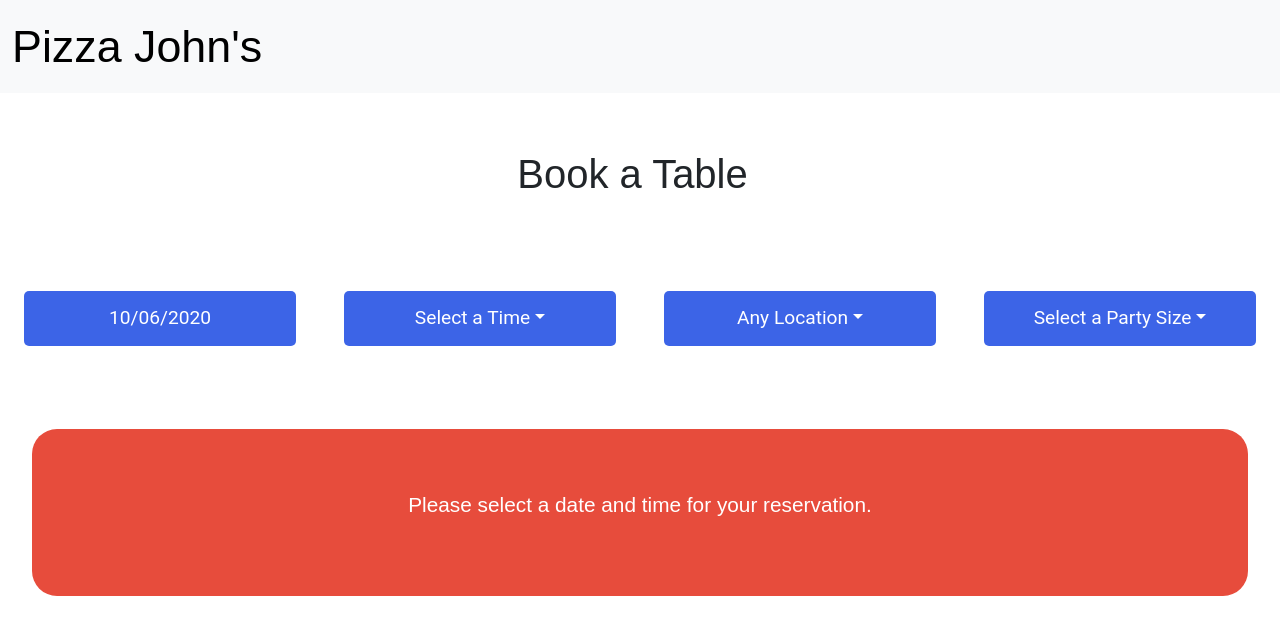
Repository: xersos/TemplateReservation
Page: / (app in client/), after clicking the first element matching `button.book-table-btn`
An editor plug-in stored every save of this project. The page is shown before and after the next save, followed by the edit.
The browser window is 1280 px wide. The pictures show the whole page.
The project was rebuilt for these pictures with package versions that can differ from the ones it lists, and the page was loaded fresh each time. Also part of the build but not shown: client/src/components/table.js, client/src/components/thankYou.js.

Above is the page before, as saved 2020-10-07 00:12:37.

### client/src/index.js
import React from "react";
import ReactDOM from "react-dom";
import "bootstrap/dist/css/bootstrap.min.css";
import "./style/index.css";
import App from "./App";
import * as serviceWorker from "./serviceWorker";

ReactDOM.render(<App />, document.getElementById("root"));

// If you want your app to work offline and load faster, you can change
// unregister() to register() below. Note this comes with some pitfalls.
// Learn more about service workers: https://bit.ly/CRA-PWA
serviceWorker.unregister();

### client/src/style/index.css
body {
  font-family: ABeeZee, sans-serif;
}

.nav-brand {
  cursor: pointer;
  font-size: 1.5rem;
}

@media (min-width: 768px) {
  .nav-brand {
    font-size: 1.8rem;
  }
}

@media (min-width: 992px) {
  .nav-brand {
    font-size: 2.8rem;
  }
}

.pizza-slice {
  font-size: 1.2rem;
  padding-left: 1.25%;
  color: #3c64e7;
}

.pizza-cta {
  padding-top: 4%;
}

.looking-for-pizza {
  font-size: 2.5rem;
  padding-bottom: 1.8%;
  padding-right: 3%;
  padding-left: 3%;
}

.book-table-btn {
  color: white;
  font-size: 1.2rem;
  padding: 2% 8%;
  border-radius: 25px;
  background-color: #3c64e7;
  border: 2px white solid;
  font-family: ABeeZee, sans-serif;
}

.book-table-btn:hover {
  color: #3c64e7;
  background-color: white !important;
  border: 2px solid black !important;
}

@media (min-width: 768px) {
  .book-table-btn {
    font-size: 1.4rem;
    padding: 0.5% 5%;
  }
}

.big-img-container {
  padding: 10% 0;
}

@media (min-width: 768px) {
  .big-img-container {
    padding: 4% 0;
  }
}

.big-img {
  width: 96%;
  border-radius: 25px;
  border-bottom-left-radius: 25px;
}

.selected-table {
  font-size: 1.25rem;
  padding-bottom: 2%;
}

input[type=date]::-webkit-inner-spin-button {
  -webkit-appearance: none;
  display: none;
}

input[type=date]::-webkit-calendar-picker-indicator {
  -webkit-appearance: none;
  display: none;
}

.booking-dropdown {
  width: 85%;
  padding: 4% 0;
  background-color: #3c64e7;
  color: white;
  margin: 2% 0;
  font-family: "Roboto";
  font-size: 1.1rem;
  border: none;
  border-radius: 5px;
  text-align: center;
}

.booking-dropdown:hover {
  background-color: #3c64e7;
  color: white;
}

.booking-dropdown:focus {
  outline: none;
  -webkit-box-shadow: none;
          box-shadow: none;
}

.booking-dropdown-menu {
  outline: none;
}

.booking-dropdown-item:hover {
  background-color: white;
}

.booking-dropdown-item:active {
  background-color: white;
  color: black;
}

@media (min-width: 768px) {
  .booking-dropdown {
    font-size: 1.2rem;
  }
}

.table-display-message {
  padding: 2% 0;
  text-align: center;
  font-size: 1.3rem;
  color: white;
}

.tables-display {
  background-color: #e74c3c;
  margin: 10% 2%;
  padding: 3% 5%;
  border-radius: 25px;
}

@media (min-width: 768px) {
  .tables-display {
    margin: 6% 2.5%;
  }
}

.table-key {
  padding-top: 1%;
  padding-bottom: 4.5%;
  color: white;
}

.available-tables {
  color: white;
  font-size: 1.2rem;
  font-family: Roboto, sans-serif;
}

.table-container {
  margin: 0 1%;
}

.table {
  background-color: rgba(245, 246, 250, 0.4);
  padding: 15px;
  border-radius: 25px;
  min-width: 80px;
}

.table-row {
  margin-bottom: 8px;
}

.selectable-table:hover {
  cursor: pointer;
}

.selectable-table:hover-row {
  padding: 5px;
}

.full-table {
  background-color: white;
  border: solid 2px white;
  border-radius: 50%;
  padding: 1px 10px;
  margin: 3px;
}

.empty-table {
  background-color: #e74c3c;
  border: solid 2px white;
  border-radius: 50%;
  padding: 1px 10px;
  margin: 3px;
}

.table-name {
  color: white;
  font-size: 0.8rem;
  padding-top: 15px;
  font-family: Roboto, sans-serif;
}

.reservation-details-container {
  padding: 0 4%;
  padding-bottom: 5%;
}

.reservation-details {
  margin: 0 2%;
  margin-bottom: 5%;
}

@media (min-width: 768px) {
  .reservation-details {
    margin-bottom: 0;
  }
}

.reservation-input:focus {
  border-color: black;
  -webkit-box-shadow: 0 0;
          box-shadow: 0 0;
}

.reservation-error {
  color: #c0392b;
  font-size: 1.1rem;
  padding-bottom: 3%;
}

.thanks-header {
  padding: 5% 0;
  padding-top: 10%;
  font-size: 2.5rem;
}

.thanks-subtext {
  font-size: 1.2rem;
  padding: 2%;
}

.thank-you-pizza {
  font-size: 4rem;
  color: #e74c3c;
  padding-bottom: 8%;
}

@media (min-width: 768px) {
  .thanks-header {
    font-size: 5.5rem;
  }
  .thanks-subtext {
    font-size: 2.2rem;
  }
  .thank-you-pizza {
    font-size: 7rem;
    padding-bottom: 4%;
  }
}
/*# sourceMappingURL=index.css.map */

### client/src/App.js
import React, { useState } from "react";

import Main from "./components/main";
import Book from "./components/book";
import ThankYou from "./components/thankYou";
import Navbar from "./components/navbar";

export default _ => {
  const [page, setPage] = useState(0);

  return (
    <div>
      <Navbar setPage={setPage} />
      {page === 0 ? <Main setPage={setPage} /> : null}
      {page === 1 ? <Book setPage={setPage} /> : null}
      {page === 2 ? <ThankYou /> : null}
    </div>
  );
};

### client/src/components/main.js
import React from "react";
import { Row, Col, Button } from "reactstrap";

export default props => {
  return (
    <div>
      <Row noGutters className="text-center align-items-center pizza-cta">
        <Col>
          <p className="looking-for-pizza">
            If you're looking for great pizza
            <i className="fas fa-pizza-slice pizza-slice"></i>
          </p>
          <Button
            color="none"
            className="book-table-btn"
            onClick={_ => {
              props.setPage(1);
            }}
          >
            Book a Table
          </Button>
        </Col>
      </Row>
      <Row noGutters className="text-center big-img-container">
        <Col>
          <img
            src={require("../images/pizza.jpg")}
            alt="cafe"
            className="big-img"
          />
        </Col>
      </Row>
    </div>
  );
};

### client/src/components/book.js
import React, { useState, useEffect } from "react";
import {
  Row,
  Col,
  UncontrolledDropdown,
  DropdownToggle,
  DropdownMenu,
  DropdownItem,
  Input,
  Button
} from "reactstrap";

import Table from "./table";

export default props => {
  const [totalTables, setTotalTables] = useState([]);

  // User's selections
  const [selection, setSelection] = useState({
    table: {
      name: null,
      id: null
    },
    date: new Date(),
    time: null,
    location: "Any Location",
    size: 0
  });

  // User's booking details
  const [booking, setBooking] = useState({
    name: "",
    phone: "",
    email: ""
  });

  // List of potential locations
  const [locations] = useState(["Any Location", "Patio", "Inside", "Bar"]);
  const [times] = useState([
    "9AM",
    "10AM",
    "11AM",
    "12PM",
    "1PM",
    "2PM",
    "3PM",
    "4PM",
    "5PM"
  ]);
  // Basic reservation "validation"
  const [reservationError, setReservationError] = useState(false);

  const getDate = _ => {
    const months = [
      "January",
      "February",
      "March",
      "April",
      "May",
      "June",
      "July",
      "August",
      "September",
      "October",
      "November",
      "December"
    ];
    const date =
      months[selection.date.getMonth()] +
      " " +
      selection.date.getDate() +
      " " +
      selection.date.getFullYear();
    let time = selection.time.slice(0, -2);
    time = selection.time > 12 ? time + 12 + ":00" : time + ":00";
    console.log(time);
    const datetime = new Date(date + " " + time);
    return datetime;
  };

  const getEmptyTables = _ => {
    let tables = totalTables.filter(table => table.isAvailable);
    return tables.length;
  };

  useEffect(() => {
    // Check availability of tables from DB when a date and time is selected
    if (selection.time && selection.date) {
      (async _ => {
        let datetime = getDate();
        let res = await fetch("http://localhost:3005/availability", {
          method: "POST",
          headers: {
            "Content-Type": "application/json"
          },
          body: JSON.stringify({
            date: datetime
          })
        });
        res = await res.json();
        // Filter available tables with location and group size criteria
        let tables = res.tables.filter(
          table =>
            (selection.size > 0 ? table.capacity >= selection.size : true) &&
            (selection.location !== "Any Location"
              ? table.location === selection.location
              : true)
        );
        setTotalTables(tables);
      })();
    }
    // eslint-disable-next-line react-hooks/exhaustive-deps
  }, [selection.time, selection.date, selection.size, selection.location]);

  // Make the reservation if all details are filled out
  const reserve = async _ => {
    if (
      (booking.name.length === 0) |
      (booking.phone.length === 0) |
      (booking.email.length === 0)
    ) {
      console.log("Incomplete Details");
      setReservationError(true);
    } else {
      const datetime = getDate();
      let res = await fetch("http://localhost:3005/reserve", {
        method: "POST",
        headers: {
          "Content-Type": "application/json"
        },
        body: JSON.stringify({
          ...booking,
          date: datetime,
          table: selection.table.id
        })
      });
      res = await res.text();
      console.log("Reserved: " + res);
      props.setPage(2);
    }
  };

  // Clicking on a table sets the selection state
  const selectTable = (table_name, table_id) => {
    setSelection({
      ...selection,
      table: {
        name: table_name,
        id: table_id
      }
    });
  };

  // Generate party size dropdown
  const getSizes = _ => {
    let newSizes = [];

    for (let i = 1; i < 8; i++) {
      newSizes.push(
        <DropdownItem
          key={i}
          className="booking-dropdown-item"
          onClick={e => {
            let newSel = {
              ...selection,
              table: {
                ...selection.table
              },
              size: i
            };
            setSelection(newSel);
          }}
        >
          {i}
        </DropdownItem>
      );
    }
    return newSizes;
  };

  // Generate locations dropdown
  const getLocations = _ => {
    let newLocations = [];
    locations.forEach(loc => {
      newLocations.push(
        <DropdownItem
          key={loc}
          className="booking-dropdown-item"
          onClick={_ => {
            let newSel = {
              ...selection,
              table: {
                ...selection.table
              },
              location: loc
            };
            setSelection(newSel);
          }}
        >
          {loc}
        </DropdownItem>
      );
    });
    return newLocations;
  };

  // Generate locations dropdown
  const getTimes = _ => {
    let newTimes = [];
    times.forEach(time => {
      newTimes.push(
        <DropdownItem
          key={time}
          className="booking-dropdown-item"
          onClick={_ => {
            let newSel = {
              ...selection,
              table: {
                ...selection.table
              },
              time: time
            };
            setSelection(newSel);
          }}
        >
          {time}
        </DropdownItem>
      );
    });
    return newTimes;
  };

  // Generating tables from available tables state
  const getTables = _ => {
    console.log("Getting tables");
    if (getEmptyTables() > 0) {
      let tables = [];
      totalTables.forEach(table => {
        if (table.isAvailable) {
          tables.push(
            <Table
              key={table._id}
              id={table._id}
              chairs={table.capacity}
              name={table.name}
              empty
              selectTable={selectTable}
            />
          );
        } else {
          tables.push(
            <Table
              key={table._id}
              id={table._id}
              chairs={table.capacity}
              name={table.name}
              selectTable={selectTable}
            />
          );
        }
      });
      return tables;
    }
  };

  return (
    <div>
      <Row noGutters className="text-center align-items-center pizza-cta">
        <Col>
          <p className="looking-for-pizza">
            {!selection.table.id ? "Book a Table" : "Confirm Reservation"}
            <i
              className={
                !selection.table.id
                  ? "fas fa-chair pizza-slice"
                  : "fas fa-clipboard-check pizza-slice"
              }
            ></i>
          </p>
          <p className="selected-table">
            {selection.table.id
              ? "You are booking table " + selection.table.name
              : null}
          </p>

          {reservationError ? (
            <p className="reservation-error">
              * Please fill out all of the details.
            </p>
          ) : null}
        </Col>
      </Row>

      {!selection.table.id ? (
        <div id="reservation-stuff">
          <Row noGutters className="text-center align-items-center">
            <Col xs="12" sm="3">
              <input
                type="date"
                required="required"
                className="booking-dropdown"
                value={selection.date.toISOString().split("T")[0]}
                onChange={e => {
                  if (!isNaN(new Date(new Date(e.target.value)))) {
                    let newSel = {
                      ...selection,
                      table: {
                        ...selection.table
                      },
                      date: new Date(e.target.value)
                    };
                    setSelection(newSel);
                  } else {
                    console.log("Invalid date");
                    let newSel = {
                      ...selection,
                      table: {
                        ...selection.table
                      },
                      date: new Date()
                    };
                    setSelection(newSel);
                  }
                }}
              ></input>
            </Col>
            <Col xs="12" sm="3">
              <UncontrolledDropdown>
                <DropdownToggle color="none" caret className="booking-dropdown">
                  {selection.time === null ? "Select a Time" : selection.time}
                </DropdownToggle>
                <DropdownMenu right className="booking-dropdown-menu">
                  {getTimes()}
                </DropdownMenu>
              </UncontrolledDropdown>
            </Col>
            <Col xs="12" sm="3">
              <UncontrolledDropdown>
                <DropdownToggle color="none" caret className="booking-dropdown">
                  {selection.location}
                </DropdownToggle>
                <DropdownMenu right className="booking-dropdown-menu">
                  {getLocations()}
                </DropdownMenu>
              </UncontrolledDropdown>
            </Col>
            <Col xs="12" sm="3">
              <UncontrolledDropdown>
                <DropdownToggle color="none" caret className="booking-dropdown">
                  {selection.size === 0
                    ? "Select a Party Size"
                    : selection.size.toString()}
                </DropdownToggle>
                <DropdownMenu right className="booking-dropdown-menu">
                  {getSizes()}
                </DropdownMenu>
              </UncontrolledDropdown>
            </Col>
          </Row>
          <Row noGutters className="tables-display">
            <Col>
              {getEmptyTables() > 0 ? (
                <p className="available-tables">{getEmptyTables()} available</p>
              ) : null}

              {selection.date && selection.time ? (
                getEmptyTables() > 0 ? (
                  <div>
                    <div className="table-key">
                      <span className="empty-table"></span> &nbsp; Available
                      &nbsp;&nbsp;
                      <span className="full-table"></span> &nbsp; Unavailable
                      &nbsp;&nbsp;
                    </div>
                    <Row noGutters>{getTables()}</Row>
                  </div>
                ) : (
                  <p className="table-display-message">No Available Tables</p>
                )
              ) : (
                <p className="table-display-message">
                  Please select a date and time for your reservation.
                </p>
              )}
            </Col>
          </Row>
        </div>
      ) : (
        <div id="confirm-reservation-stuff">
          <Row
            noGutters
            className="text-center justify-content-center reservation-details-container"
          >
            <Col xs="12" sm="3" className="reservation-details">
              <Input
                type="text"
                bsSize="lg"
                placeholder="Name"
                className="reservation-input"
                value={booking.name}
                onChange={e => {
                  setBooking({
                    ...booking,
                    name: e.target.value
                  });
                }}
              />
            </Col>
            <Col xs="12" sm="3" className="reservation-details">
              <Input
                type="text"
                bsSize="lg"
                placeholder="Phone Number"
                className="reservation-input"
                value={booking.phone}
                onChange={e => {
                  setBooking({
                    ...booking,
                    phone: e.target.value
                  });
                }}
              />
            </Col>
            <Col xs="12" sm="3" className="reservation-details">
              <Input
                type="text"
                bsSize="lg"
                placeholder="Email"
                className="reservation-input"
                value={booking.email}
                onChange={e => {
                  setBooking({
                    ...booking,
                    email: e.target.value
                  });
                }}
              />
            </Col>
          </Row>
          <Row noGutters className="text-center">
            <Col>
              <Button
                color="none"
                className="book-table-btn"
                onClick={_ => {
                  reserve();
                }}
              >
                Book Now
              </Button>
            </Col>
          </Row>
        </div>
      )}
    </div>
  );
};

### client/src/components/navbar.js
import React from "react";
import { Navbar, NavbarBrand } from "reactstrap";

export default props => {
  return (
    <div>
      <Navbar color="light" light expand="md">
        <NavbarBrand
          className="nav-brand"
          onClick={_ => {
            props.setPage(0);
          }}
        >
          Pizza John's
        </NavbarBrand>
      </Navbar>
    </div>
  );
};

Loaded but not shown: client/public/index.html (common file); client/src/serviceWorker.js (common file)

After the next save:
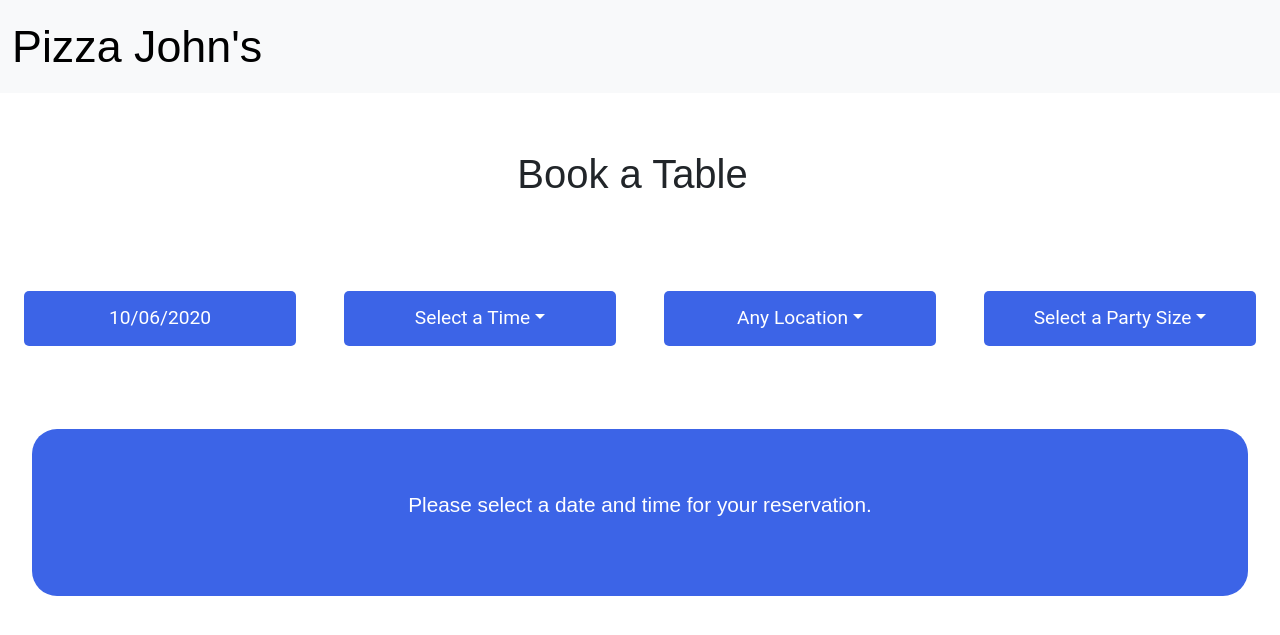
Saved 5 s later.
--- a/client/src/style/index.css
+++ b/client/src/style/index.css
@@ -141,7 +141,7 @@ input[type=date]::-webkit-calendar-picker-indicator {
 }
 
 .tables-display {
-  background-color: #e74c3c;
+  background-color: #3c64e7;
   margin: 10% 2%;
   padding: 3% 5%;
   border-radius: 25px;
